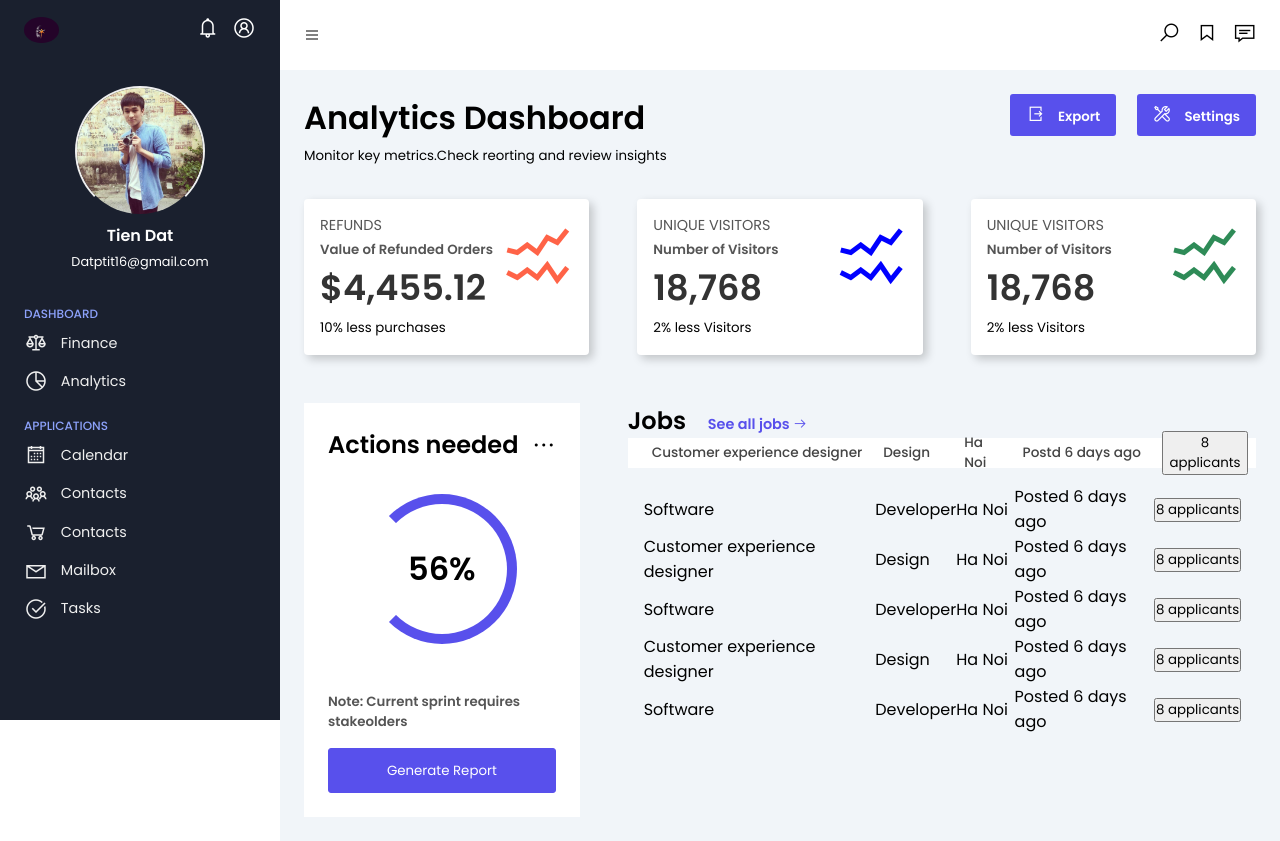
Repository: Datt21/dashboard-fe-project
Page: index.html
An editor plug-in stored every save of this project. The page is shown before and after the next save, followed by the edit.
The browser window is 1280 px wide. The pictures show the whole page.

Above is the page before, as saved 2021-06-08 20:05:08.

After the next save:
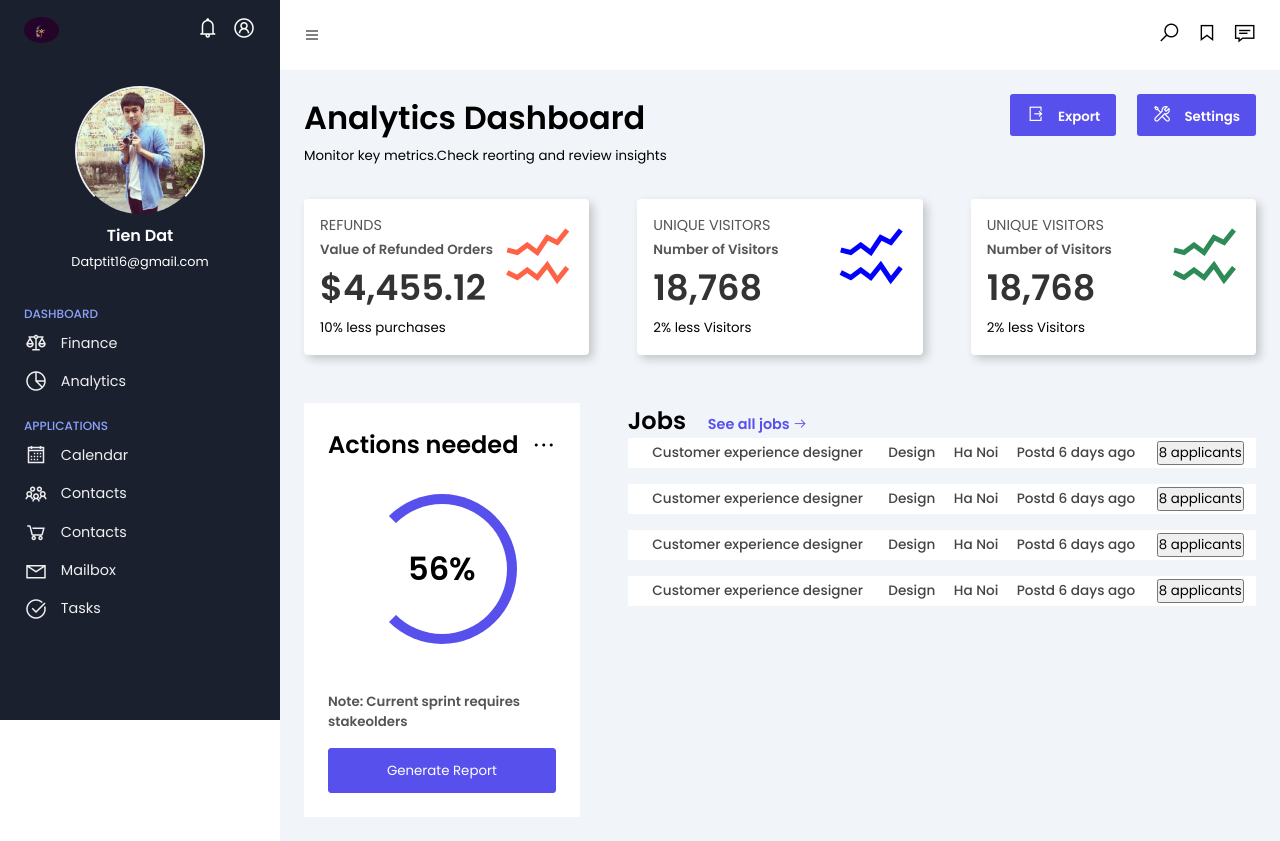
Saved 98 s later.
--- a/index.html
+++ b/index.html
@@ -234,64 +234,77 @@
                             </tr>
                             <tr>
                                 <td>
-                                    <span class="indicator"></span>
-                                </td>
-                                <td>Software</td>
-                                <td>Developer</td>
-                                <td>Ha Noi</td>
-                                <td>Posted 6 days ago</td>
-                                <td>
-                                    <button>8 applicants</button>
+                                    <div>
+                                        <span class="indicator"></span>
+                                    </div>
+                                </td>
+                                <td>
+                                    <div>Customer experience designer</div>
+                                </td>
+                                <td>
+                                    <div>Design</div>
+                                </td>
+                                <td>
+                                    <div>Ha Noi</div>
+                                </td>
+                                <td>
+                                    <div>Postd 6 days ago</div>
+                                </td>
+                                <td>
+                                    <div>
+                                        <button>8 applicants</button>
+                                    </div>
                                 </td>
                             </tr>
                             <tr>
                                 <td>
-                                    <span class="indicator"></span>
-                                </td>
-                                <td>Customer experience designer</td>
-                                <td>Design</td>
-                                <td>Ha Noi</td>
-                                <td>Posted 6 days ago</td>
-                                <td>
-                                    <button>8 applicants</button>
+                                    <div>
+                                        <span class="indicator"></span>
+                                    </div>
+                                </td>
+                                <td>
+                                    <div>Customer experience designer</div>
+                                </td>
+                                <td>
+                                    <div>Design</div>
+                                </td>
+                                <td>
+                                    <div>Ha Noi</div>
+                                </td>
+                                <td>
+                                    <div>Postd 6 days ago</div>
+                                </td>
+                                <td>
+                                    <div>
+                                        <button>8 applicants</button>
+                                    </div>
                                 </td>
                             </tr>
                             <tr>
                                 <td>
-                                    <span class="indicator"></span>
-                                </td>
-                                <td>Software</td>
-                                <td>Developer</td>
-                                <td>Ha Noi</td>
-                                <td>Posted 6 days ago</td>
-                                <td>
-                                    <button>8 applicants</button>
+                                    <div>
+                                        <span class="indicator"></span>
+                                    </div>
+                                </td>
+                                <td>
+                                    <div>Customer experience designer</div>
+                                </td>
+                                <td>
+                                    <div>Design</div>
+                                </td>
+                                <td>
+                                    <div>Ha Noi</div>
+                                </td>
+                                <td>
+                                    <div>Postd 6 days ago</div>
+                                </td>
+                                <td>
+                                    <div>
+                                        <button>8 applicants</button>
+                                    </div>
                                 </td>
                             </tr>
-                            <tr>
-                                <td>
-                                    <span class="indicator"></span>
-                                </td>
-                                <td>Customer experience designer</td>
-                                <td>Design</td>
-                                <td>Ha Noi</td>
-                                <td>Posted 6 days ago</td>
-                                <td>
-                                    <button>8 applicants</button>
-                                </td>
-                            </tr>
-                            <tr>
-                                <td>
-                                    <span class="indicator"></span>
-                                </td>
-                                <td>Software</td>
-                                <td>Developer</td>
-                                <td>Ha Noi</td>
-                                <td>Posted 6 days ago</td>
-                                <td>
-                                    <button>8 applicants</button>
-                                </td>
-                            </tr>
+
                         </tbody>
                     </table>
                 </div>
